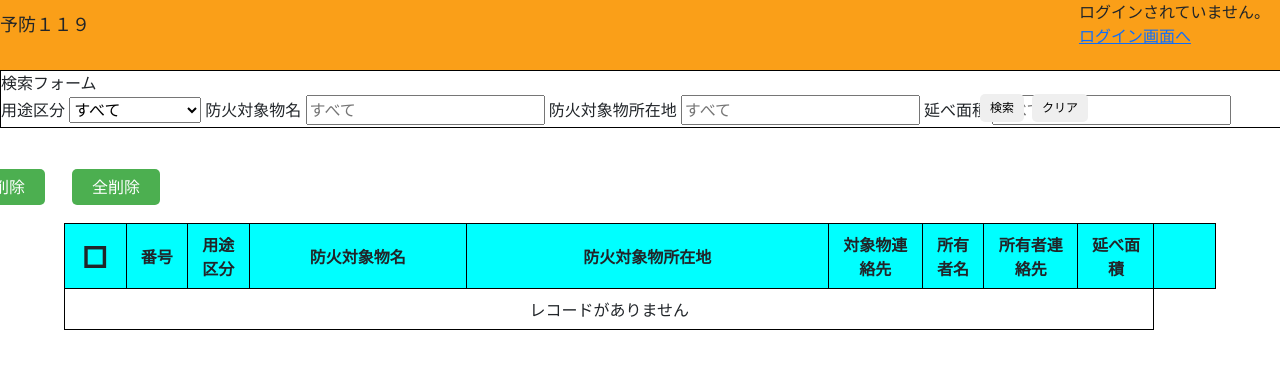
Repository: akarisuki/docker-taishobutu_app
Page: http://localhost/taishobutu_app/taishobutu/taishobutu_index.php
An editor plug-in stored every save of this project. The page is shown before and after the next save, followed by the edit.
The browser window is 1280 px wide. The pictures show the whole page.
The page is run by PHP 8.4 with error messages shown; the project is at /var/www/html/. Style sheets and scripts are compiled from the project's sources, by tool versions that may differ from the author's. The database holds what the project's SQL file puts in it.

Above is the page before, as saved 2023-12-29 11:02:58.
Console error: ReferenceError: $ is not defined

After the next save:
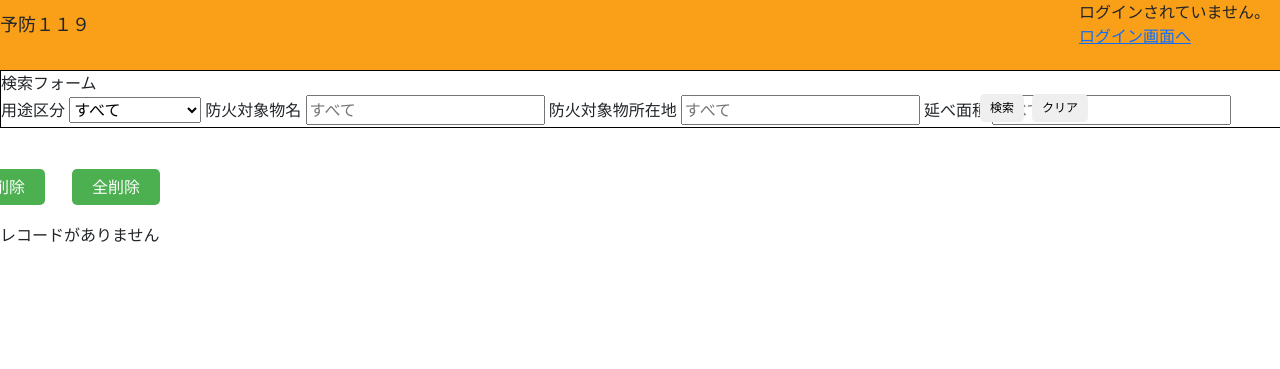
Saved 13 min 58 s later.
--- a/src/taishobutu_app/taishobutu/taishobutu_index.php
+++ b/src/taishobutu_app/taishobutu/taishobutu_index.php
@@ -142,56 +142,46 @@ $db_host = null;
 </div>
 
 <form action="taishobutu_delete.php" method="post">
-  <table class="excel-style">
-    <thead>
-      <tr>
-          <th class="checkbox-top">□</th>
-          <th class="code-top">番号</th>
-          <th class="appendix-top">用途区分</th>
-          <th class="taishobutu_name-top">防火対象物名</th>
-          <th class="taishobutu_address-top">防火対象物所在地</th>
-          <th class="taishobutu_tel-top">対象物連絡先</th>
-          <th class="owner_name-top">所有者名</th>
-          <th class="owner_tel-top">所有者連絡先</th>
-          <th class="total_area-top">延べ面積</th>
-          <th class="edit"></th>
-      </tr>
-    </thead>
-    <tbody>
+<?php
+$result_count = 0;
+$results = [];
+while(true) {
+    $result = $stmt -> fetch(PDO::FETCH_ASSOC);
+    if($result === false) {
+        break;
+    }
+    $results[] = $result;
+    $result_count++;
+}
 
-    <?php
-    $result_count = 0;
-    while(true) {
-        $result = $stmt -> fetch(PDO::FETCH_ASSOC);
-        if($result === false) {
-            break;
-        }
-        $result_count++;
-
-        if ($result_count === 0) {
-            echo "<p>レコードがありません</p>";
-        } else {
-            echo "<tr>";
-            echo "<td class='checkbox-top'><input type='checkbox' name='codes[]' value='".htmlspecialchars($result['code'])."'></td>";
-            echo "<td class='code-top'>".htmlspecialchars($result['code'])."</td>";
-            echo "<td class='appendix-top'>".htmlspecialchars($appendix_array[$result['appendix']])."</td>";
-            echo "<td class='taishobutu_name-top'><a href='" . BASE_URL . "/taishobutu/datail/taishobutu_show_datail.php?code=" . htmlspecialchars($result['code']) . "'>" . htmlspecialchars($result['taishobutu_name']) . "</a></td>";
-            echo "<td class='taishobutu_address-top'>".htmlspecialchars($result['taishobutu_address'])."</td>";
-            echo "<td class='taishobutu_tel-top'>".htmlspecialchars($result['taishobutu_tel'])."</td>";
-            echo "<td class='owner_name-top'>".htmlspecialchars($result['owners_name'])."</td>";
-            echo "<td class='owner_tel-top'>".htmlspecialchars($result['owners_tel'])."</td>";
-            echo "<td class='total_area-top'>".htmlspecialchars($result['total_area'])."㎡"."</td>";
-            echo "<td class='edit'><a href='" . BASE_URL . "taishobutu/taishobutu_edit.php?code=".htmlspecialchars($result['code'])."'>修正</a></td>";
-            echo "</tr>";
-        }
+if ($result_count === 0) {
+    echo "<p>レコードがありません</p>";
+} else {
+    echo "<table class='excel-style'>";
+    echo "<thead>";
+    echo "<tr>";
+    echo "<th class='checkbox-top'>□</th>";
+    echo "<th class='code-top'>番号</th>";
+    echo "<th class='appendix-top'>用途区分</th>";
+    echo "<th class='taishobutu_name-top'>防火対象物名</th>";
+    echo "<th class='taishobutu_address-top'>防火対象物所在地</th>";
+    echo "<th class='taishobutu_tel-top'>対象物連絡先</th>";
+    echo "<th class='owner_name-top'>所有者名</th>";
+    echo "<th class='owner_tel-top'>所有者連絡先</th>";
+    echo "<th class='total_area-top'>延べ面積</th>";
+    echo "<th class='edit'></th>";
+    echo "</tr>";
+    echo "</thead>";
+    echo "<tbody>";
+    foreach ($results as $result) {
+        echo "<tr>";
+        // ... 以下省略 ...
+        echo "</tr>";
     }
-
-    if ($result_count === 0) {
-        echo "<tr><td colspan='9'>レコードがありません</td></tr>";
-    }
-    ?>
-    </tbody>
-    </table>
+    echo "</tbody>";
+    echo "</table>";
+}
+?>
     <input type="submit" name="delete" value="選択したレコードを削除" onclick="return confirmDelete();">
 </form>
 <button type="button" name="delete-all" onclick="handleDeleteAll()">全削除</button>
